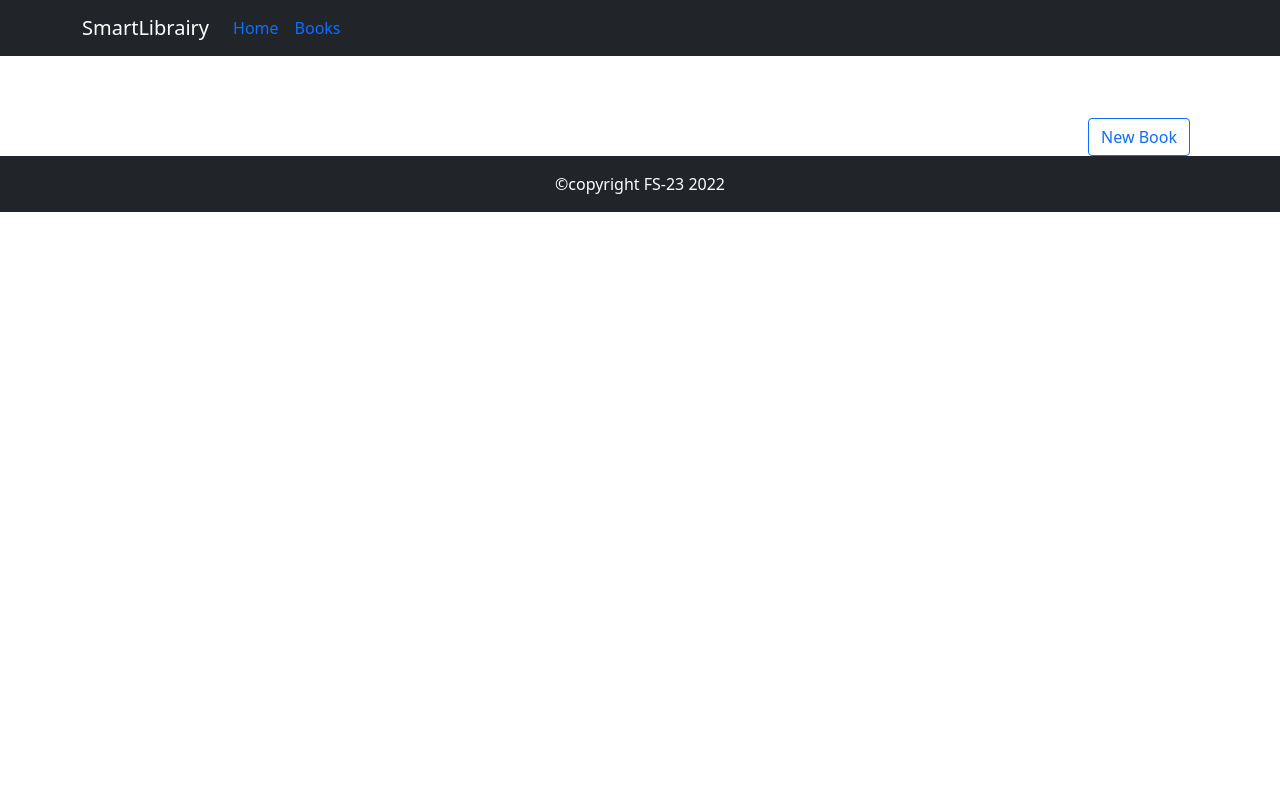
Repository: FS-23/smart-librairy
Page: http://localhost/books/list
These files come from the project's save history. The page is drawn as it stood at one moment and after the next save; the edit follows.
The browser window is 1280 px wide. The pictures show the whole page.
The page is served by the project's Laravel application, run on PHP 8.4 with Laravel 9. Queries for data that is not in the repository find no rows.

Above is the page before, as saved 2022-06-10 14:13:02.

After the next save:
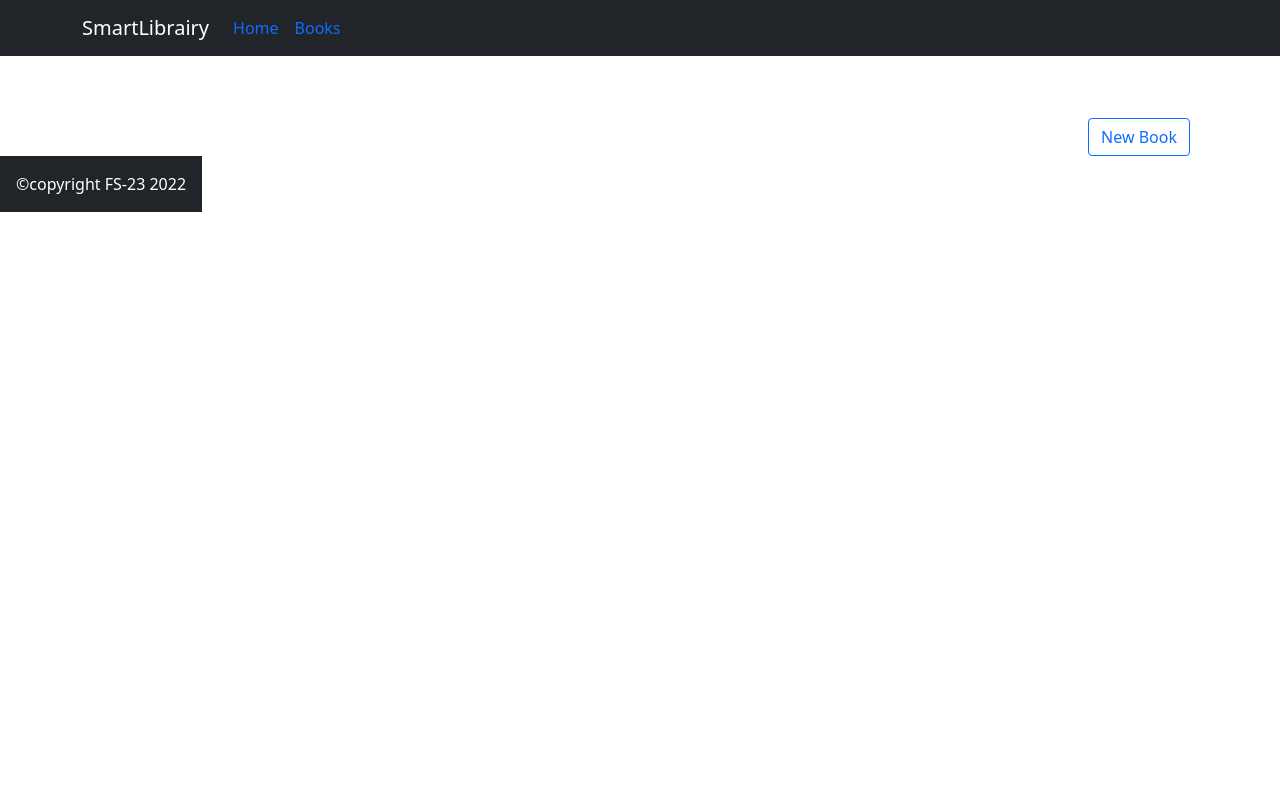
Saved 15 s later.
--- a/resources/views/layout/layout.blade.php
+++ b/resources/views/layout/layout.blade.php
@@ -20,7 +20,7 @@
             margin-top: 70px
         }
         .footer {
-
+            position: absolute
         }
     </style>
     <link rel="stylesheet" href="https://cdn.jsdelivr.net/npm/bootstrap@5.1.3/dist/css/bootstrap.min.css">
